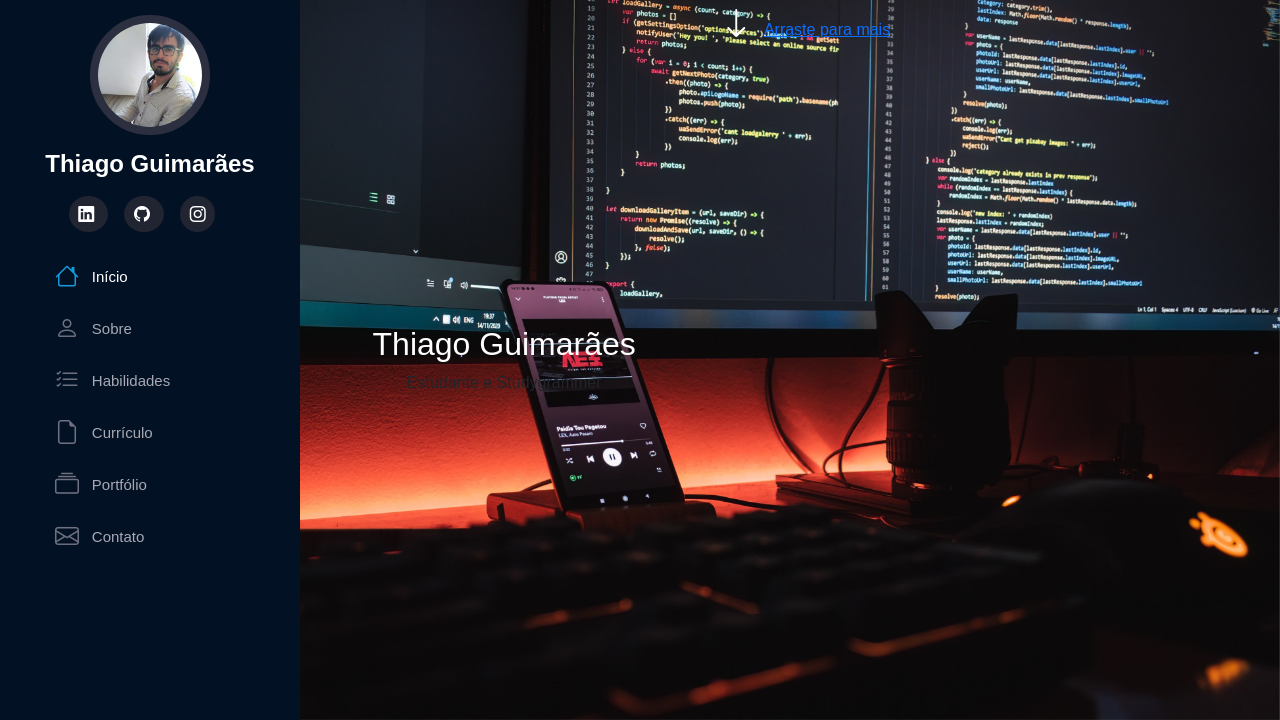
Repository: Rayago/projeto-portfolio
Page: http://localhost/
These files come from the project's save history. The page is drawn as it stood at one moment and after the next save; the edit follows.
The browser window is 1280 px wide. The pictures show the whole page.
Some web fonts or font styles are not loaded; a fallback is used. The page is served by the project's application, run on Flask 3 (app.py).

Above is the page before, as saved 2022-07-12 17:24:36.

After the next save:
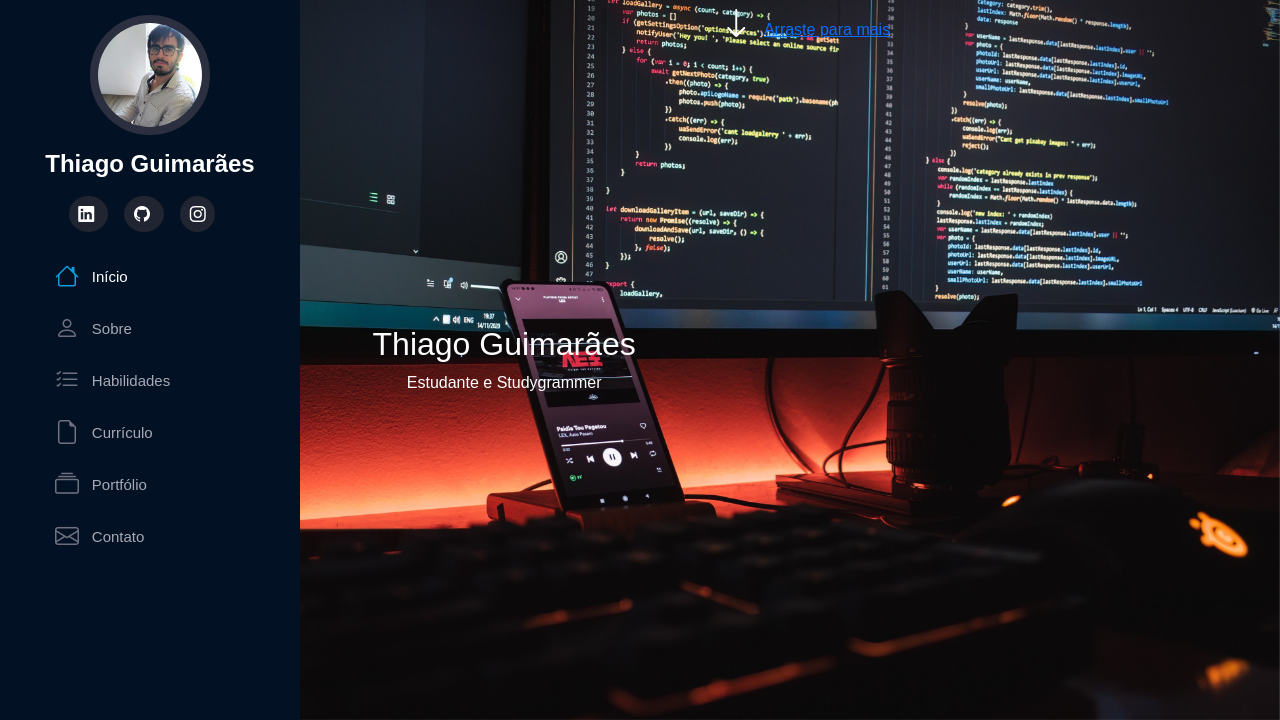
Saved 17 s later.
--- a/templates/index.html
+++ b/templates/index.html
@@ -59,7 +59,7 @@
         <section id="inicio" class="row m-0 p-0">
             <div class="col-md-5 d-flex justify-content-center align-items-center flex-column">
                 <h2 class="text-white text-shadow">Thiago Guimarães</h2>
-                <span id="subtitle">Estudante e Studygrammer</span>
+                <span id="subtitle" class="text-white text-shadow">Estudante e Studygrammer</span>
             </div>
 
             <div class="col-md-7">
